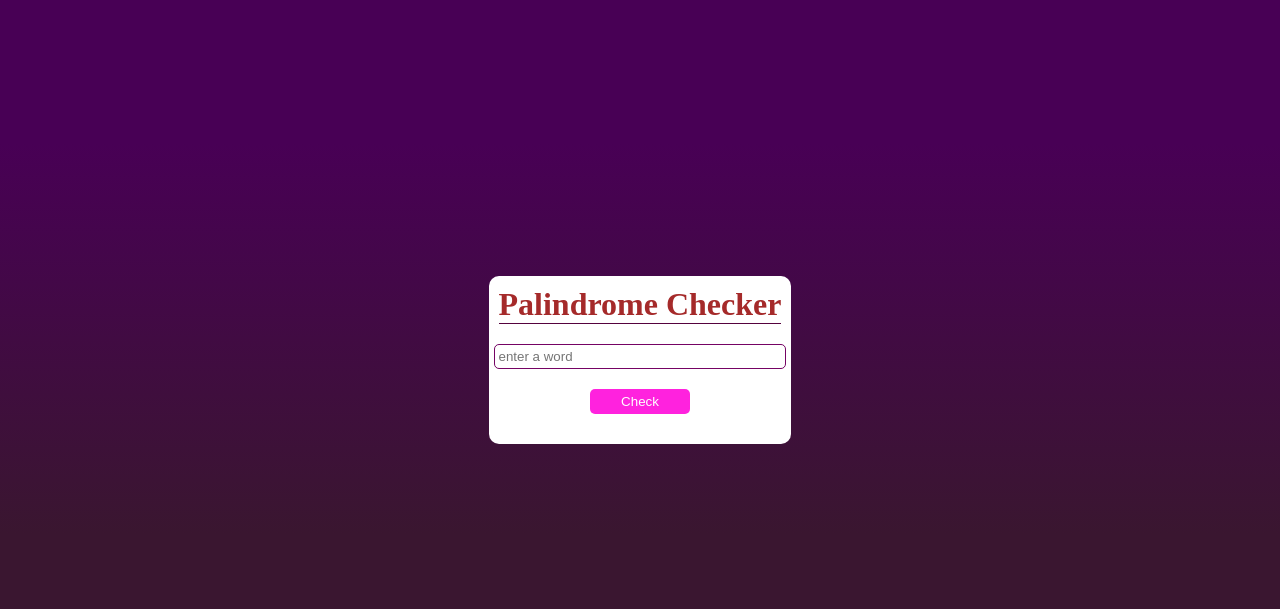
Repository: albinsabu2023/palindromeChecker
Page: index.html
An editor plug-in stored every save of this project. The page is shown before and after the next save, followed by the edit.
The browser window is 1280 px wide. The pictures show the whole page.

Above is the page before, as saved 2023-09-12 01:23:34.

After the next save:
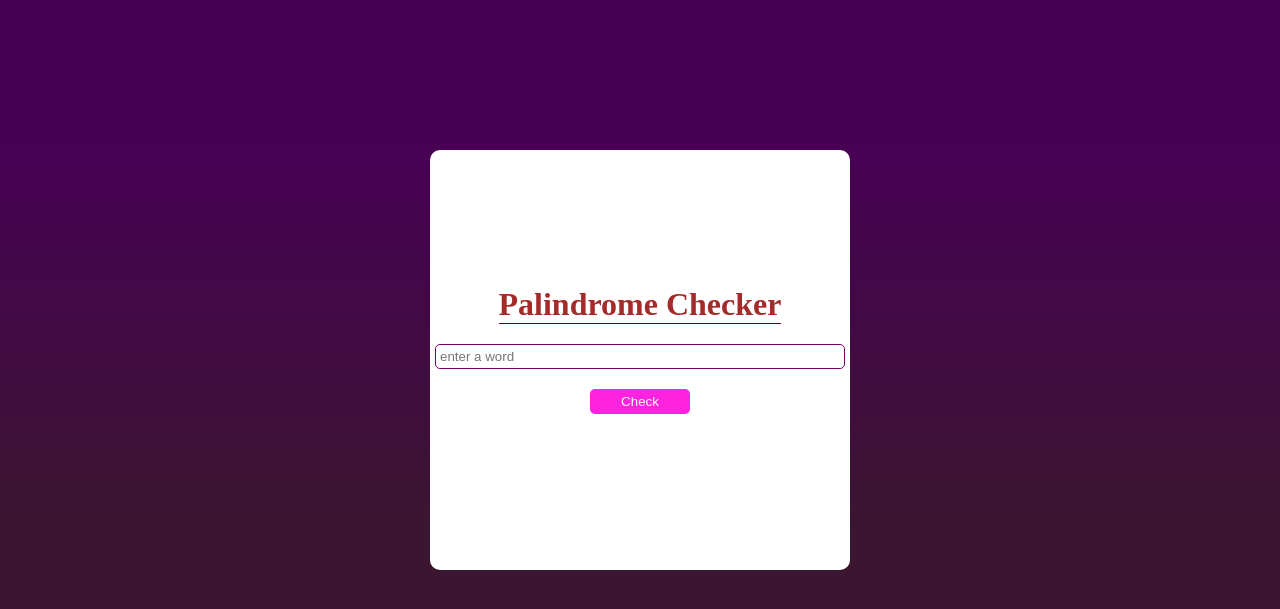
Saved 21 s later.
--- a/style.css
+++ b/style.css
@@ -19,6 +19,8 @@ body{
     align-items: center;
     justify-content: center;
     gap: 20px;
+    width: 400px;
+    height: 400px;
 }
 .container h1{
     color: brown;
